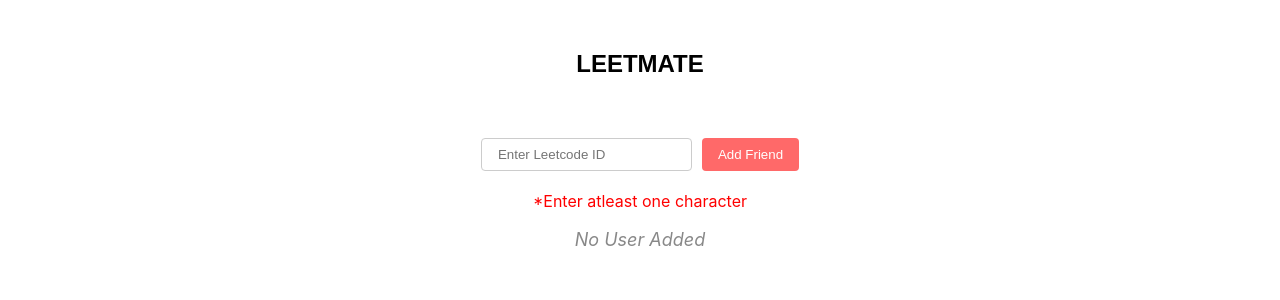
Repository: Sanketh149/leetcode-discord
Page: /
The author's editor kept a copy of each file at every save. The page is drawn from the files as they stood at one save, then again after the next save.
The browser window is 1280 px wide. The pictures show the whole page.
The project was rebuilt for these pictures with package versions that can differ from the ones it lists, and the page was loaded fresh each time. Also part of the build but not shown: src/Modal.module.css, src/Modal.js, src/Cart.module.css, src/Cart.js.

Above is the page before, as saved 2023-06-21 17:11:56.

After the next save:
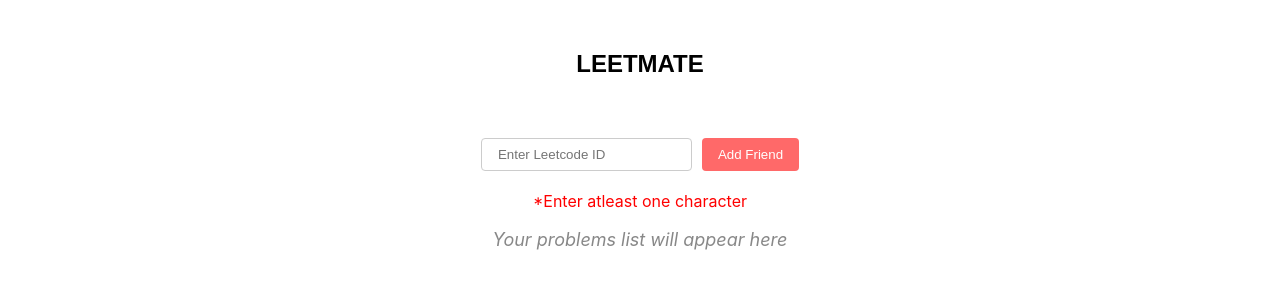
Saved 86 s later.
--- a/src/App.js
+++ b/src/App.js
@@ -121,7 +121,7 @@
           ))}
         </ul>
       ) : (
-        <p className="app__message">No User Added</p>
+        <p className="app__message">Your problems list will appear here</p>
       )}
     </div>
   );
